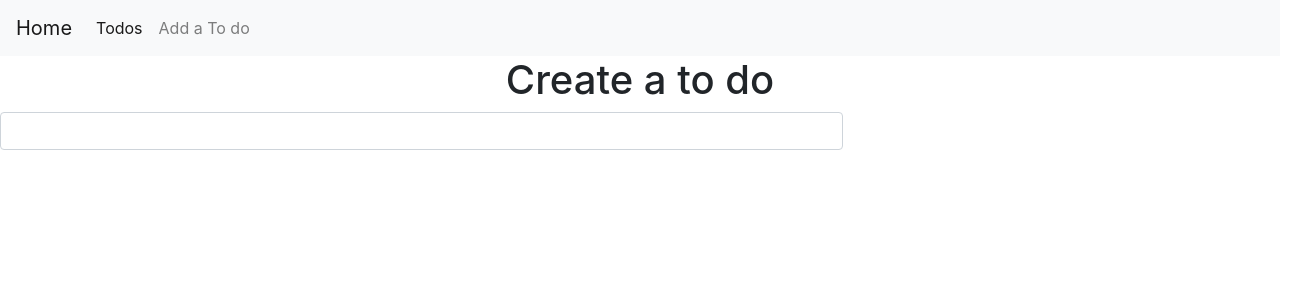
Repository: Azariagmt/laravel-to-do-app
Page: http://localhost/new-to-do
The author's editor kept a copy of each file at every save. The page is drawn from the files as they stood at one save, then again after the next save.
The browser window is 1280 px wide. The page is 1295 px wide, so the pictures cover 1295 px, including what lies to the right of the window. The pictures show the whole page.
The page is served by the project's Laravel application, run on PHP 8.4 with Laravel 8.

Above is the page before, as saved 2020-04-27 22:45:34.

After the next save:
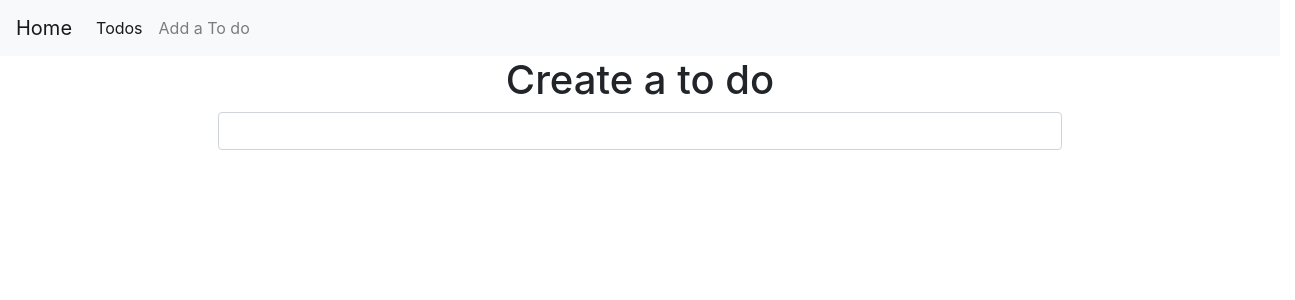
Saved 21 s later.
--- a/resources/views/todos/new.blade.php
+++ b/resources/views/todos/new.blade.php
@@ -4,7 +4,7 @@
 <h1 class="text-center">
 Create a to do
 </h1>
-<div class="row justify-content">
+<div class="row justify-content-center">
 <div class="col-md-8">
 <form action="">
 <div class="form-group">
